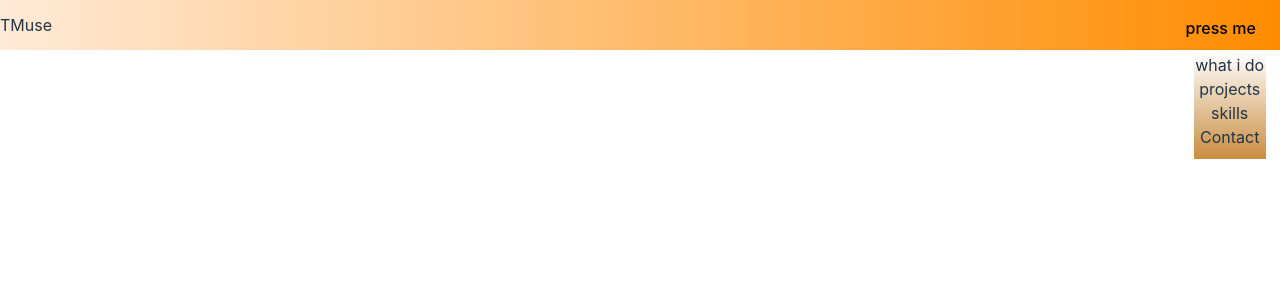
Repository: TMuse333/real-estate-landingpage
Page: /
The author's editor kept a copy of each file at every save. The page is drawn from the files as they stood at one save, then again after the next save.
The browser window is 1280 px wide. The pictures show the whole page.
The project was rebuilt for these pictures with package versions that can differ from the ones it lists, and the page was loaded fresh each time. Also part of the build but not shown: vite.config.js.

Above is the page before, as saved 2023-09-19 15:59:26.

After the next save:
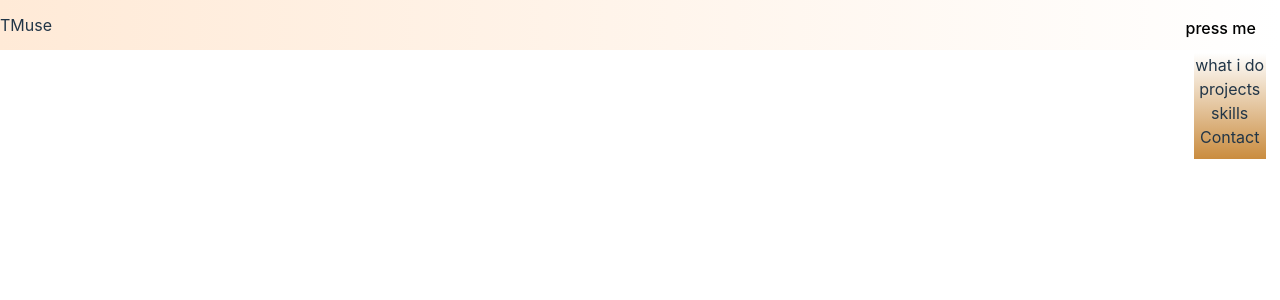
Saved 6 s later.
--- a/src/App.css
+++ b/src/App.css
@@ -5,7 +5,7 @@
   width: 100vw;
   position: fixed;
   top: 0px;
-  background: linear-gradient(to right, #ffead7, #FF8C00);
+  background: linear-gradient(to right, #ffead7, #ffffff);
   height: 50px;
   z-index: 10000;
 
